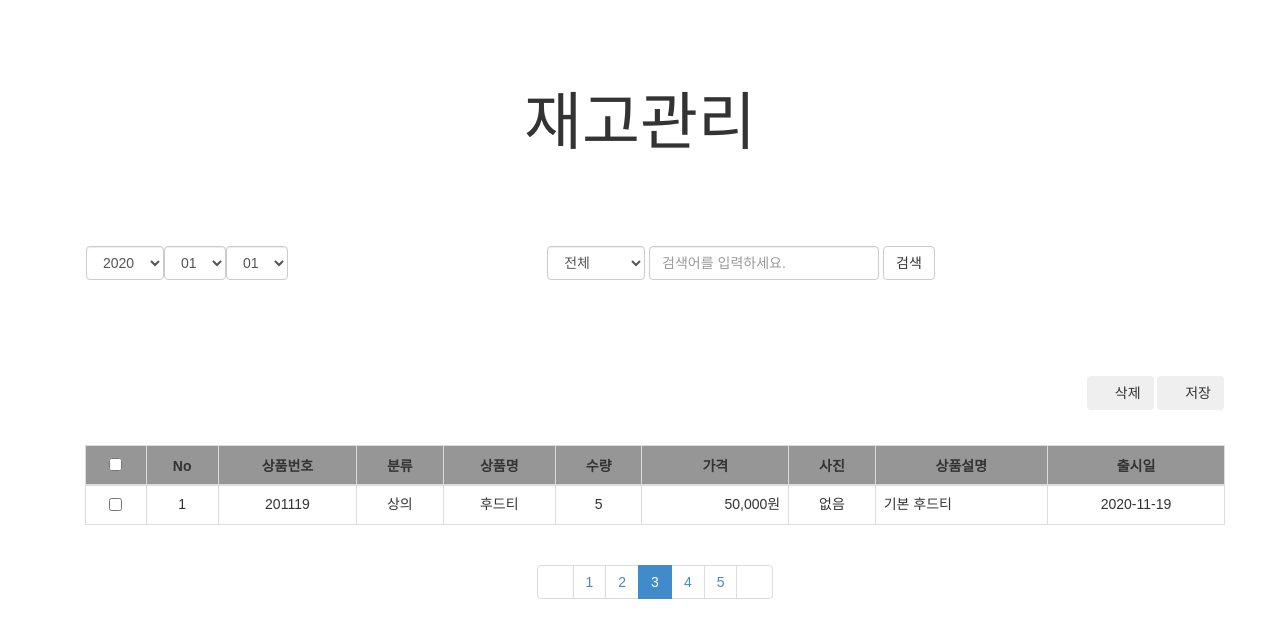
Repository: jaeeunzzang/sist_ShoppingMall
Page: http://localhost/web/productManegement2.jsp
These files come from the project's save history. The page is drawn as it stood at one moment and after the next save; the edit follows.
The browser window is 1280 px wide. The pictures show the whole page.
Some web fonts or font styles are not loaded; a fallback is used. Some web libraries are served in a nearby version. The page is served by Tomcat 9. Other server files are loaded and not shown.

Above is the page before, as saved 2020-11-20 11:49:21.

### shop/web/src/main/webapp/productManegement2.jsp
<%@ page language="java" contentType="text/html; charset=UTF-8" pageEncoding="UTF-8"%>
<%@ taglib prefix="c" uri="http://java.sun.com/jstl/core_rt"%>
<%@ taglib prefix="function" uri="http://java.sun.com/jsp/jstl/functions"%>
<!DOCTYPE html>
<html>
<head>
<meta charset="UTF-8">
<title>Insert title here</title>
<link href="/web/css/bootstrap.min.css" rel="stylesheet">
<link href="/web/css/kfonts2.css" rel="stylesheet">
<link href="/web/css/maincss.css" rel="stylesheet">
<style>
body {
	padding-top: 20px;
}
</style>
<script src="https://code.jquery.com/jquery-3.5.1.min.js"></script>
<script type="text/javascript">
	$(function() {

	});
</script>
</head>
<body>

	<div class="container">

		<div class="jumbotron text-center" style="background-color: white">
			<h1>재고관리</h1>
		</div>
		<form class="navbar-form text-center" action="#">
			<!-- <div class="btn-group" >
   			<a class="btn btn-default dropdown-toggle btn-select" href="#" data-toggle="dropdown">전체
   				<span class="caret"></span>
   			</a>
            <ul class="dropdown-menu">
                <li><a href="#">전체</a></li>
                <li><a href="#">상품코드</a></li>
                <li><a href="#">상품명</a></li>
         	</ul>
        </div> -->


			<nav class="navbar">
				<select class="form-control pull-left" id="year">
					<option value="1">2020</option>
					<option value="2">2019</option>
					<option value="3">2018</option>
					<option value="4">2017</option>
				</select> <select class="form-control pull-left" id="month">
					<option value="1">01</option>
					<option value="2">02</option>
					<option value="3">03</option>
					<option value="4">04</option>
					<option value="5">05</option>
					<option value="6">06</option>
					<option value="7">07</option>
					<option value="8">08</option>
					<option value="9">09</option>
					<option value="10">10</option>
					<option value="11">11</option>
					<option value="12">12</option>
				</select> <select class="form-control pull-left" id="day">
					<option value="1">01</option>
					<option value="2">02</option>
					<option value="3">03</option>
					<option value="4">04</option>
					<option value="5">05</option>
					<option value="6">06</option>
					<option value="7">07</option>
					<option value="8">08</option>
					<option value="9">09</option>
					<option value="10">10</option>
					<option value="11">11</option>
					<option value="12">12</option>
					<option value="13">13</option>
					<option value="14">14</option>
					<option value="15">15</option>
					<option value="16">16</option>
					<option value="17">17</option>
					<option value="18">18</option>
					<option value="19">19</option>
					<option value="20">20</option>
					<option value="21">21</option>
					<option value="22">22</option>
					<option value="23">23</option>
					<option value="24">24</option>
					<option value="25">25</option>
					<option value="26">26</option>
					<option value="27">27</option>
					<option value="28">28</option>
					<option value="29">29</option>
					<option value="30">30</option>
				</select> <select class="form-control">
					<option value="1">전체</option>
					<option value="2">상품번호</option>
					<option value="3">상품명</option>
					<option value="4">상품분류</option>
				</select> <input type="text" class="form-control" placeholder="검색어를 입력하세요." style="width: 230px">
				<button type="submit" class="btn btn-default">검색</button>
			</nav>
		</form>

		<form action="#" method="POST" name="frmM">
			<br>
			<br>
			<br>
			<div class="container">
				<div class="navbar navbar-right">
					<button class="btn">
						<span class="glyphicon glyphicon-remove"></span>
						삭제
					</button>
					<button class="btn">
						<span class="glyphicon glyphicon-floppy-disk"></span>
						저장
					</button>
				</div>
				<table class="table table-hover table-bordered">
					<thead style="background-color: #969696">
						<tr>
							<th class="text-center"><input type="checkbox"></th>
							<th class="text-center">No</th>
							<th class="text-center">상품번호</th>
							<th class="text-center">분류</th>
							<th class="text-center">상품명</th>
							<th class="text-center">수량</th>
							<th class="text-center">가격</th>
							<th class="text-center">사진</th>
							<th class="text-center">상품설명</th>
							<th class="text-center">출시일</th>
						</tr>
					</thead>
					<tbody>
						<tr>
							<td class="text-center"><input type="checkbox"></td>
							<td class="text-center">1</td>
							<td class="text-center">201119</td>
							<td class="text-center">상의</td>
							<td class="text-center">후드티</td>
							<td class="text-center">5</td>
							<td class="text-right">50,000원</td>
							<td class="text-center">없음</td>
							<td class="text-left">기본 후드티</td>
							<td class="text-center">2020-11-19</td>
						</tr>
					</tbody>
				</table>
			</div>
		</form>
		<div class="container text-center">
			<ul class="pagination">
				<li><a href="#">
						<span class="glyphicon glyphicon-chevron-left"></span>
					</a></li>
				<li><a href="#">1</a></li>
				<li><a href="#">2</a></li>
				<li class="active"><a href="#">3</a></li>
				<li><a href="#">4</a></li>
				<li><a href="#">5</a></li>
				<li><a href="#">
						<span class="glyphicon glyphicon-chevron-right"></span>
					</a></li>
			</ul>
		</div>
	</div>





	<script src="https://ajax.googleapis.com/ajax/libs/jquery/1.11.0/jquery.min.js"></script>
	<script src="/web/js/bootstrap.min.js"></script>

</body>
</html>

### shop/web/src/main/webapp/css/kfonts2.css
@font-face {
	font-family: 'NanumBarunGothic';
	src: url("../fonts/NanumBarunGothic.eot");
	src: local("☺"), url("../fonts/NanumBarunGothic.woff") format("woff");
}

body {
	font-family: "맑은 고딕", "Malgun Gothic", sans-serif;
}

h1, h2, h3, h4, h5 {
	font-family: "Helvetica Neue", Helvetica, Arial, "NanumBarunGothic",
		sans-serif;
}

### shop/web/src/main/webapp/css/maincss.css
@charset "UTF-8";

body {
	margin: 0;
	padding: 0;
	height: 100%;
}

hr {
	border: 2px solid #eee;
}

a:link {
	text-decoration: none;
	color: #646464;
}

a:visited {
	text-decoration: none;
	color: #646464;
}

a:active {
	text-decoration: none;
	color: #646464;
}

a:hover {
	text-decoration: none;
	font-weight: bold;
	color: #646464;
}

.wrap {
	position: relative;
	min-height: 100%;
}

.mainWrap th img {
	width: 100px;
	height: 100px;
}

.mainWrap th img.reImg {
	width: 16px;
	height: 16px;
}

.mainWrap th img.reqImg {
	width: 7px;
	height: 7px;
}


.mainWrap {
	width: 100%;
	padding-bottom: 300px;
}
.mainContents {
	margin-left: 10%;
	margin-right: 10%;
	margin-top: 150px;
	padding-top: 50px;

}
.mainProduct img {
	width: 300px;
}

ul {
	list-style: none;
}

.mainProduct ul li {
	padding-top: 10px;
	padding-bottom: 20px;
}

.p_Info {
	width: 100%;
	position: relative;
	margin-top: 150px;
	margin-bottom: 20px;
}



.p_Info #left-box {
	width: 50%;
	float: left;
	text-align: center;
}

.p_Info #left-box img {
	border: 1px solid gray;
	width: 40%;
}

.p_Info #right-box {
	width: 50%;
	float: right;
	text-align: left;
	margin-bottom: 50px;
}

.p_Info hr {
	margin-left: 0;
	width: 80%;
}

.p_Info button {
	width: 40%;
}

.p_Detail img {
	width: 50%;
}

.p_Detail ul li {
	text-align: center;
	padding-top: 50px;
	padding-bottom: 50px;
}

Loaded but not shown: shop/web/src/main/webapp/css/bootstrap.min.css (library); shop/web/src/main/webapp/js/bootstrap.min.js (library)

After the next save:
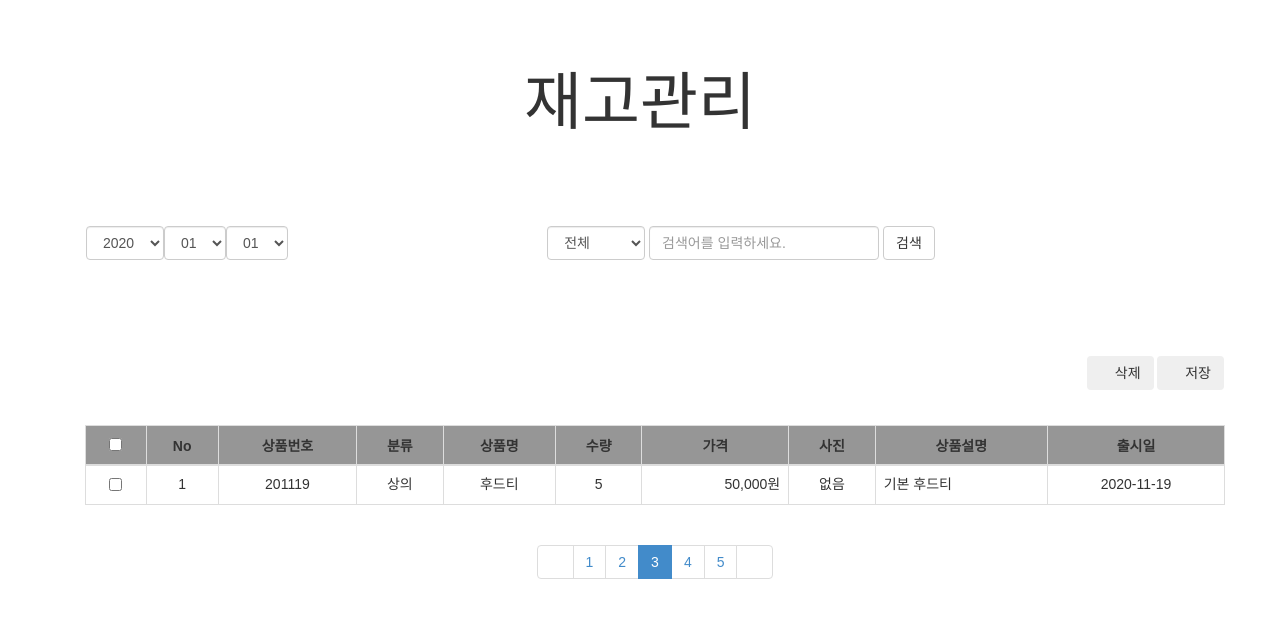
Saved 6 s later.
--- a/shop/web/src/main/webapp/productManegement2.jsp
+++ b/shop/web/src/main/webapp/productManegement2.jsp
@@ -9,11 +9,7 @@
 <link href="/web/css/bootstrap.min.css" rel="stylesheet">
 <link href="/web/css/kfonts2.css" rel="stylesheet">
 <link href="/web/css/maincss.css" rel="stylesheet">
-<style>
-body {
-	padding-top: 20px;
-}
-</style>
+
 <script src="https://code.jquery.com/jquery-3.5.1.min.js"></script>
 <script type="text/javascript">
 	$(function() {
